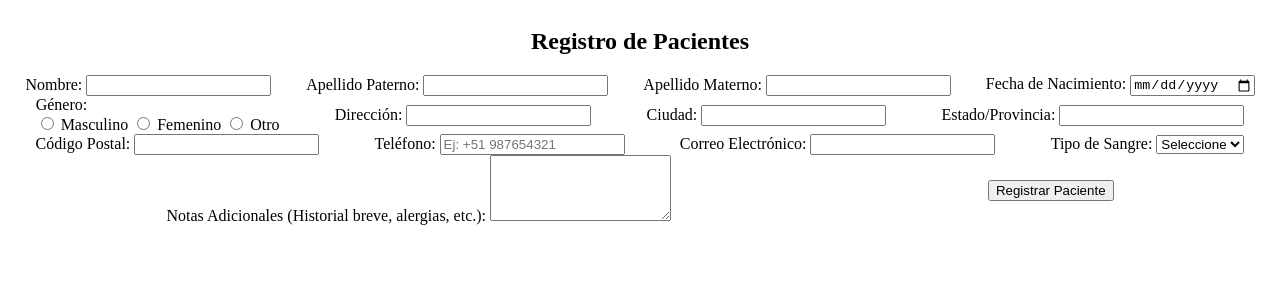
Repository: gatoqliao21/some_of_java2
Page: http://localhost/mi_proyecto_gestion/Registro.jsp
These files come from the project's save history. The page is drawn as it stood at one moment and after the next save; the edit follows.
The browser window is 1280 px wide. The pictures show the whole page.
The page is served by Tomcat 10. Other server files are loaded and not shown.

Above is the page before, as saved 2025-07-23 05:39:55.
Console error: TypeError: Cannot read properties of null (reading 'addEventListener')

### mi_proyecto_gestion/src/main/webapp/Registro.jsp
<%@ page language="java" contentType="text/html; charset=UTF-8"
    pageEncoding="UTF-8"%>
<!DOCTYPE html>
<html>
<head>

 <link rel="stylesheet" href="css/registro.css">

<meta charset="UTF-8">
<title>Insert title here</title>

<script src="https://ajax.googleapis.com/ajax/libs/jquery/3.6.0/jquery.min.js"></script>
    <script src="../assets/js/pacientes.js"></script>
</head>
<body>



    <div class="container">
        <h2>Registro de Pacientes</h2>
        <form action="" >
            <div class="form-group">
                <label for="nombre">Nombre:</label>
                <input type="text" id="nombre" name="nombre" required>
            </div>
            <div class="form-group">
                <label for="apellidoPaterno">Apellido Paterno:</label>
                <input type="text" id="apellidoPaterno" name="apellidoPaterno" required>
            </div>
            <div class="form-group">
                <label for="apellidoMaterno">Apellido Materno:</label>
                <input type="text" id="apellidoMaterno" name="apellidoMaterno">
            </div>
            <div class="form-group">
                <label for="fechaNacimiento">Fecha de Nacimiento:</label>
                <input type="date" id="fechaNacimiento" name="fechaNacimiento" required>
            </div>
            <div class="form-group">
                <label>Género:</label><br>
                <input type="radio" id="masculino" name="genero" value="M" required>
                <label for="masculino">Masculino</label>
                <input type="radio" id="femenino" name="genero" value="F">
                <label for="femenino">Femenino</label>
                <input type="radio" id="otro" name="genero" value="O">
                <label for="otro">Otro</label>
            </div>
            <div class="form-group">
                <label for="direccion">Dirección:</label>
                <input type="text" id="direccion" name="direccion" required>
            </div>
            <div class="form-group">
                <label for="ciudad">Ciudad:</label>
                <input type="text" id="ciudad" name="ciudad" required>
            </div>
            <div class="form-group">
                <label for="estado">Estado/Provincia:</label>
                <input type="text" id="estado" name="estado" required>
            </div>
            <div class="form-group">
                <label for="codigoPostal">Código Postal:</label>
                <input type="text" id="codigoPostal" name="codigoPostal">
            </div>
            <div class="form-group">
                <label for="telefono">Teléfono:</label>
                <input type="tel" id="telefono" name="telefono" placeholder="Ej: +51 987654321" required>
            </div>
            <div class="form-group">
                <label for="email">Correo Electrónico:</label>
                <input type="email" id="email" name="email">
            </div>
            <div class="form-group">
                <label for="tipoSangre">Tipo de Sangre:</label>
                <select id="tipoSangre" name="tipoSangre">
                    <option value="">Seleccione</option>
                    <option value="A+">A+</option>
                    <option value="A-">A-</option>
                    <option value="B+">B+</option>
                    <option value="B-">B-</option>
                    <option value="AB+">AB+</option>
                    <option value="AB-">AB-</option>
                    <option value="O+">O+</option>
                    <option value="O-">O-</option>
                </select>
            </div>
            <div class="form-group">
                <label for="notas">Notas Adicionales (Historial breve, alergias, etc.):</label>
                <textarea id="notas" name="notas" rows="4"></textarea>
            </div>
            <div class="form-group">
                <button   id="enviarBoton"
                type="submit">Registrar Paciente</button>
            </div>
        </form>
    </div>
</body>
</html>

### mi_proyecto_gestion/src/main/webapp/css/registro.css
@charset "UTF-8";

form{
    display: flex
;
    flex-wrap: wrap;
    justify-content: space-around;
    align-items: center;
}


.container{
	    align-items: center;
    display: flex
;
    flex-direction: column;

}

### mi_proyecto_gestion/src/main/webapp/assets/js/pacientes.js
document.addEventListener('DOMContentLoaded', function() {
    // Selecciona el botón por su ID
    var boton = document.getElementById('mostrarEnConsola');

    // Añade un "escuchador" de eventos para el clic
    boton.addEventListener('click', function() {
        // Selecciona el input por su ID
        var input = document.getElementById('miCampoTexto');
        // Obtiene el valor del input
        var valorDelInput = input.value;

        // Muestra el valor en la consola
        console.log("El valor del input es: " + valorDelInput);
    });
});

After the next save:
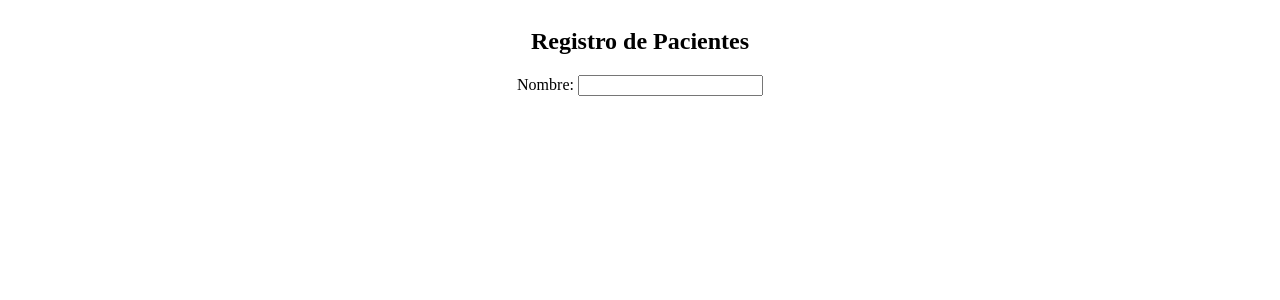
Saved 21 s later.
--- a/mi_proyecto_gestion/src/main/webapp/Registro.jsp
+++ b/mi_proyecto_gestion/src/main/webapp/Registro.jsp
@@ -23,73 +23,7 @@
                 <label for="nombre">Nombre:</label>
                 <input type="text" id="nombre" name="nombre" required>
             </div>
-            <div class="form-group">
-                <label for="apellidoPaterno">Apellido Paterno:</label>
-                <input type="text" id="apellidoPaterno" name="apellidoPaterno" required>
-            </div>
-            <div class="form-group">
-                <label for="apellidoMaterno">Apellido Materno:</label>
-                <input type="text" id="apellidoMaterno" name="apellidoMaterno">
-            </div>
-            <div class="form-group">
-                <label for="fechaNacimiento">Fecha de Nacimiento:</label>
-                <input type="date" id="fechaNacimiento" name="fechaNacimiento" required>
-            </div>
-            <div class="form-group">
-                <label>Género:</label><br>
-                <input type="radio" id="masculino" name="genero" value="M" required>
-                <label for="masculino">Masculino</label>
-                <input type="radio" id="femenino" name="genero" value="F">
-                <label for="femenino">Femenino</label>
-                <input type="radio" id="otro" name="genero" value="O">
-                <label for="otro">Otro</label>
-            </div>
-            <div class="form-group">
-                <label for="direccion">Dirección:</label>
-                <input type="text" id="direccion" name="direccion" required>
-            </div>
-            <div class="form-group">
-                <label for="ciudad">Ciudad:</label>
-                <input type="text" id="ciudad" name="ciudad" required>
-            </div>
-            <div class="form-group">
-                <label for="estado">Estado/Provincia:</label>
-                <input type="text" id="estado" name="estado" required>
-            </div>
-            <div class="form-group">
-                <label for="codigoPostal">Código Postal:</label>
-                <input type="text" id="codigoPostal" name="codigoPostal">
-            </div>
-            <div class="form-group">
-                <label for="telefono">Teléfono:</label>
-                <input type="tel" id="telefono" name="telefono" placeholder="Ej: +51 987654321" required>
-            </div>
-            <div class="form-group">
-                <label for="email">Correo Electrónico:</label>
-                <input type="email" id="email" name="email">
-            </div>
-            <div class="form-group">
-                <label for="tipoSangre">Tipo de Sangre:</label>
-                <select id="tipoSangre" name="tipoSangre">
-                    <option value="">Seleccione</option>
-                    <option value="A+">A+</option>
-                    <option value="A-">A-</option>
-                    <option value="B+">B+</option>
-                    <option value="B-">B-</option>
-                    <option value="AB+">AB+</option>
-                    <option value="AB-">AB-</option>
-                    <option value="O+">O+</option>
-                    <option value="O-">O-</option>
-                </select>
-            </div>
-            <div class="form-group">
-                <label for="notas">Notas Adicionales (Historial breve, alergias, etc.):</label>
-                <textarea id="notas" name="notas" rows="4"></textarea>
-            </div>
-            <div class="form-group">
-                <button   id="enviarBoton"
-                type="submit">Registrar Paciente</button>
-            </div>
+
         </form>
     </div>
 </body>

After the save that followed:
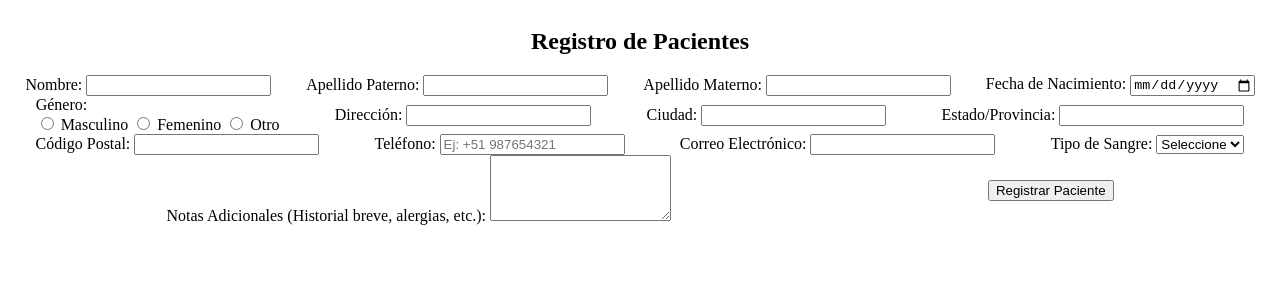
Saved 26 s later.
--- a/mi_proyecto_gestion/src/main/webapp/Registro.jsp
+++ b/mi_proyecto_gestion/src/main/webapp/Registro.jsp
@@ -23,7 +23,73 @@
                 <label for="nombre">Nombre:</label>
                 <input type="text" id="nombre" name="nombre" required>
             </div>
-
+            <div class="form-group">
+                <label for="apellidoPaterno">Apellido Paterno:</label>
+                <input type="text" id="apellidoPaterno" name="apellidoPaterno" required>
+            </div>
+            <div class="form-group">
+                <label for="apellidoMaterno">Apellido Materno:</label>
+                <input type="text" id="apellidoMaterno" name="apellidoMaterno">
+            </div>
+            <div class="form-group">
+                <label for="fechaNacimiento">Fecha de Nacimiento:</label>
+                <input type="date" id="fechaNacimiento" name="fechaNacimiento" required>
+            </div>
+            <div class="form-group">
+                <label>Género:</label><br>
+                <input type="radio" id="masculino" name="genero" value="M" required>
+                <label for="masculino">Masculino</label>
+                <input type="radio" id="femenino" name="genero" value="F">
+                <label for="femenino">Femenino</label>
+                <input type="radio" id="otro" name="genero" value="O">
+                <label for="otro">Otro</label>
+            </div>
+            <div class="form-group">
+                <label for="direccion">Dirección:</label>
+                <input type="text" id="direccion" name="direccion" required>
+            </div>
+            <div class="form-group">
+                <label for="ciudad">Ciudad:</label>
+                <input type="text" id="ciudad" name="ciudad" required>
+            </div>
+            <div class="form-group">
+                <label for="estado">Estado/Provincia:</label>
+                <input type="text" id="estado" name="estado" required>
+            </div>
+            <div class="form-group">
+                <label for="codigoPostal">Código Postal:</label>
+                <input type="text" id="codigoPostal" name="codigoPostal">
+            </div>
+            <div class="form-group">
+                <label for="telefono">Teléfono:</label>
+                <input type="tel" id="telefono" name="telefono" placeholder="Ej: +51 987654321" required>
+            </div>
+            <div class="form-group">
+                <label for="email">Correo Electrónico:</label>
+                <input type="email" id="email" name="email">
+            </div>
+            <div class="form-group">
+                <label for="tipoSangre">Tipo de Sangre:</label>
+                <select id="tipoSangre" name="tipoSangre">
+                    <option value="">Seleccione</option>
+                    <option value="A+">A+</option>
+                    <option value="A-">A-</option>
+                    <option value="B+">B+</option>
+                    <option value="B-">B-</option>
+                    <option value="AB+">AB+</option>
+                    <option value="AB-">AB-</option>
+                    <option value="O+">O+</option>
+                    <option value="O-">O-</option>
+                </select>
+            </div>
+            <div class="form-group">
+                <label for="notas">Notas Adicionales (Historial breve, alergias, etc.):</label>
+                <textarea id="notas" name="notas" rows="4"></textarea>
+            </div>
+            <div class="form-group">
+                <button   id="enviarBoton"
+                type="submit">Registrar Paciente</button>
+            </div>
         </form>
     </div>
 </body>
